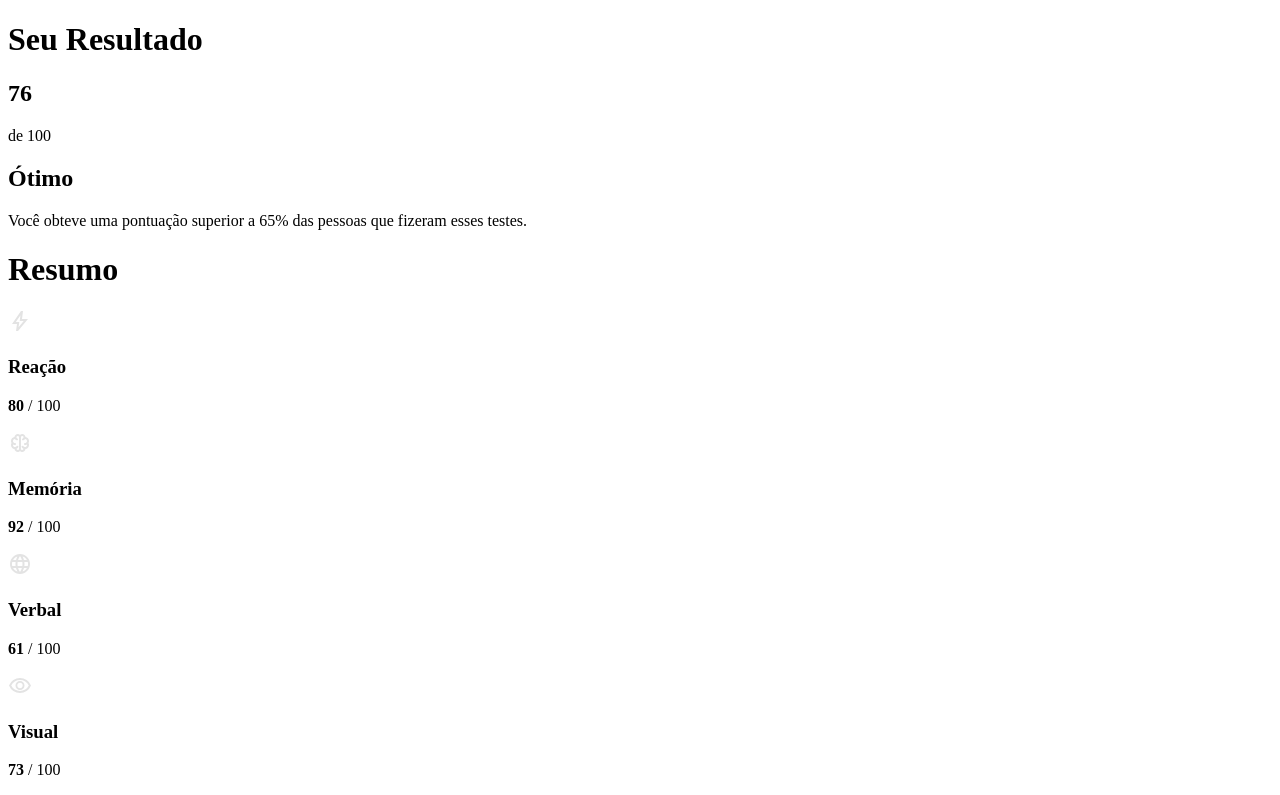
Repository: caique2512/resumo-de-resultados
Page: index.html
The author's editor kept a copy of each file at every save. The page is drawn from the files as they stood at one save, then again after a run of saves.
The browser window is 1280 px wide. The pictures show the whole page.

Above is the page before, as saved 2026-03-04 22:26:19.

### index.html
<!DOCTYPE html>
<html lang="pt-br">
<head>
    <meta charset="UTF-8">
    <meta name="viewport" content="width=device-width, initial-scale=1.0">
    <title>Resumo de Resultados</title>
</head>
<body>
    <main class="conteudo">
        <div class="principal">
            <h1>Seu Resultado</h1>
            <div class="circulo">
                <h2>76</h2>
                <p>de 100</p>
            </div>
            <h2>Ótimo</h2>
            <p>Você obteve uma pontuação superior a 65% das pessoas que fizeram esses testes.</p>
        </div>
        <div>
            <h1>Resumo</h1>
            <div class="classes">
                <div>
                    <img src="./src/images/raio.svg" alt="Raio">
                    <h3>Reação</h3>
                    <p><strong>80</strong> / 100</p>
                </div>
                <div>
                    <img src="./src/images/memoria.svg" alt="Memória">
                    <h3>Memória</h3>
                    <p><strong>92</strong> / 100</p>
                </div>
                <div>
                    <img src="./src/images/mensagem.svg" alt="Mensagem">
                    <h3>Verbal</h3>
                    <p><strong>61</strong> / 100</p>
                </div>
                <div>
                    <img src="./src/images/olho.svg" alt="olho">
                    <h3>Visual</h3>
                    <p><strong>73</strong> / 100</p>
                </div>
            </div>

        </div>
    </main>
</body>
</html>

After the next 3 saves:
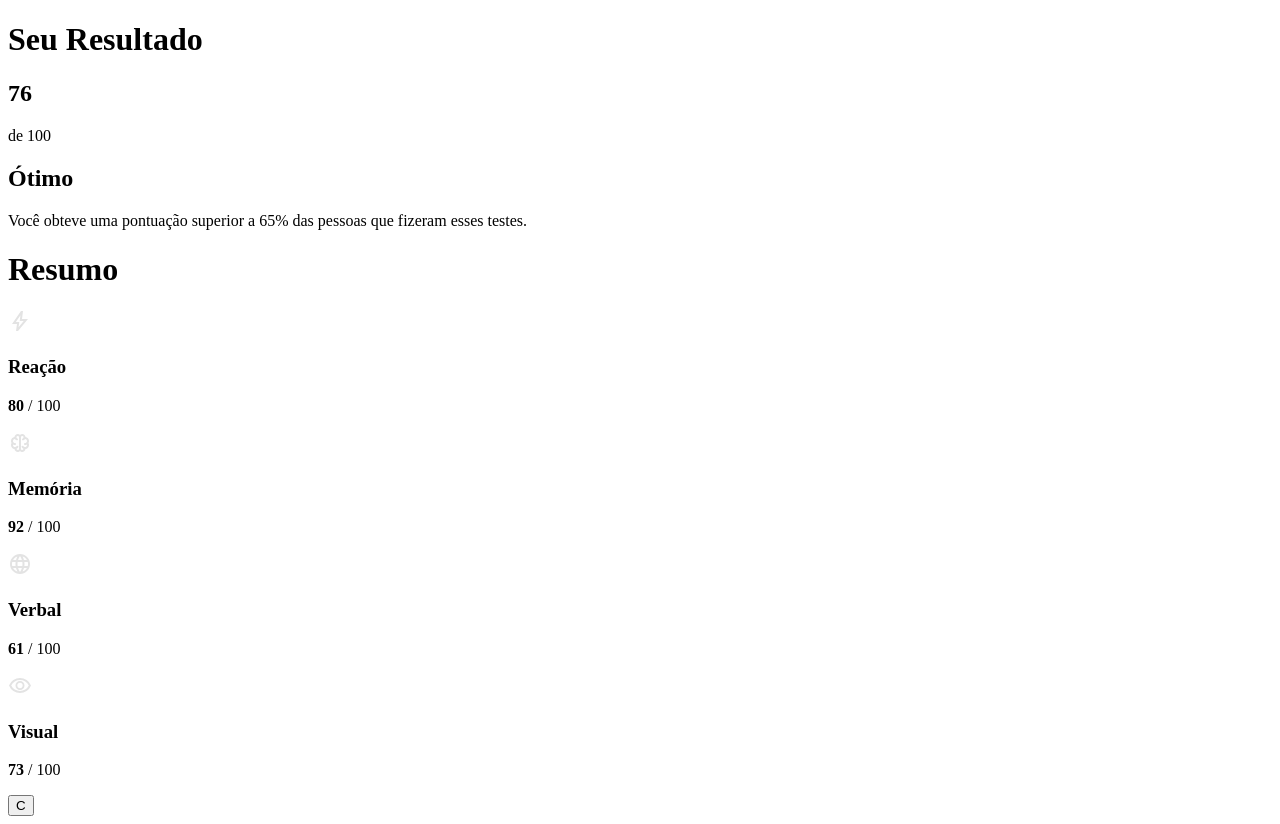
The 3 saves are shown as one change because they came seconds apart.
The last was saved 14 s later.
--- a/index.html
+++ b/index.html
@@ -40,7 +40,7 @@
                     <p><strong>73</strong> / 100</p>
                 </div>
             </div>
-
+            <button>C</button>
         </div>
     </main>
 </body>
